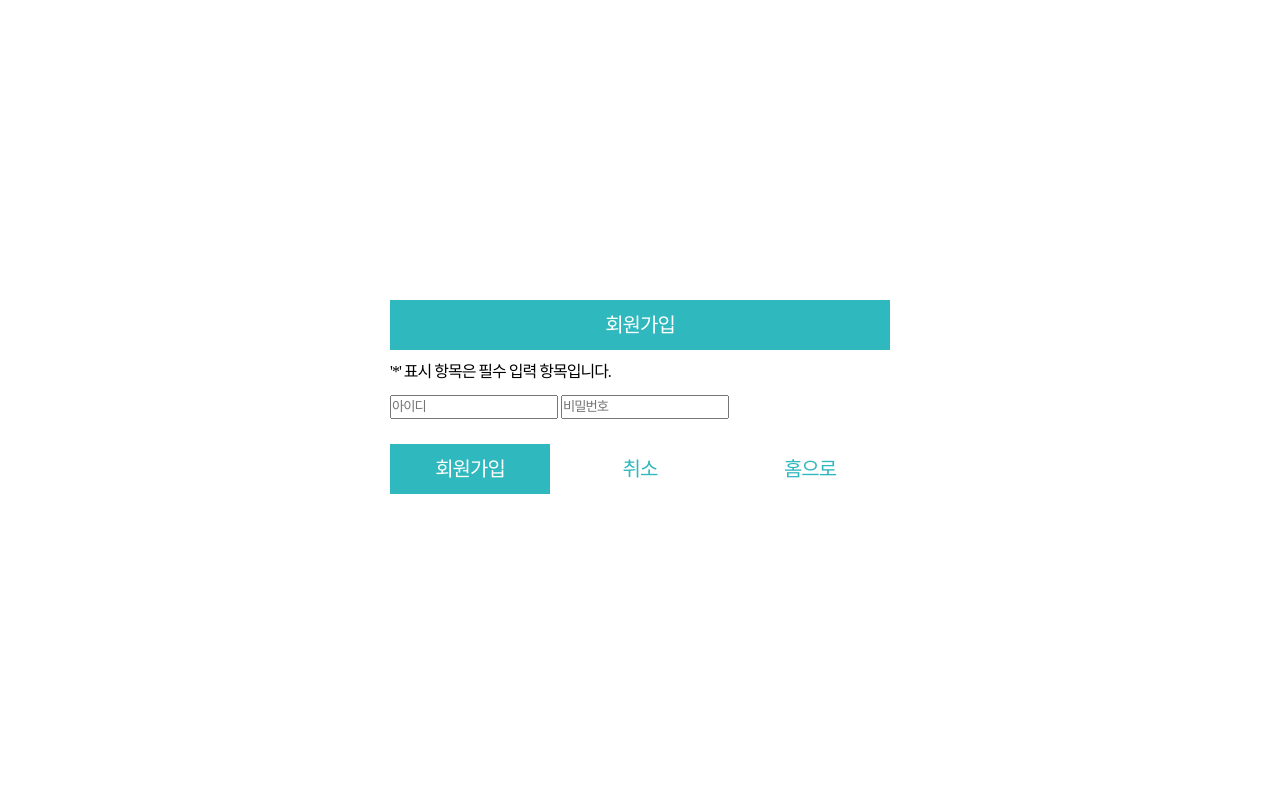
Repository: InhoKang92/jsp_1018
Page: http://localhost/Web_01/join.jsp
The author's editor kept a copy of each file at every save. The page is drawn from the files as they stood at one save, then again after the next save.
The browser window is 1280 px wide. The pictures show the whole page.
Some web fonts or font styles are not loaded; a fallback is used. The page is served by Tomcat 9.

Above is the page before, as saved 2024-10-16 02:04:23.

After the next save:
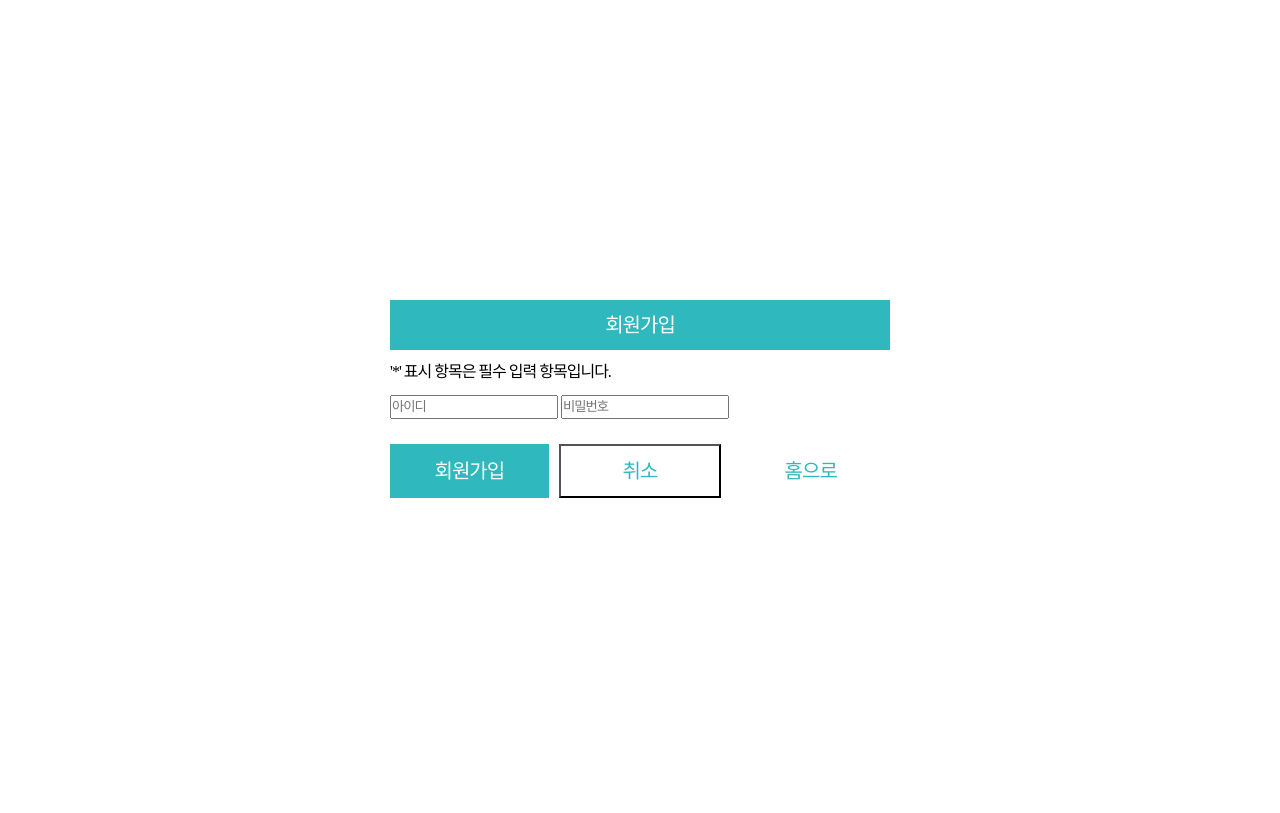
Saved 15 s later.
--- a/Web_01/src/main/webapp/css/join.css
+++ b/Web_01/src/main/webapp/css/join.css
@@ -41,7 +41,7 @@
 	flex: 1;
 	text-align: center;
 	background-color: #fff;
-    border: none;
+    border: 1px sloid black;
     color: #2fb8bd;
     font-size: 20px;
     padding: 10px;
